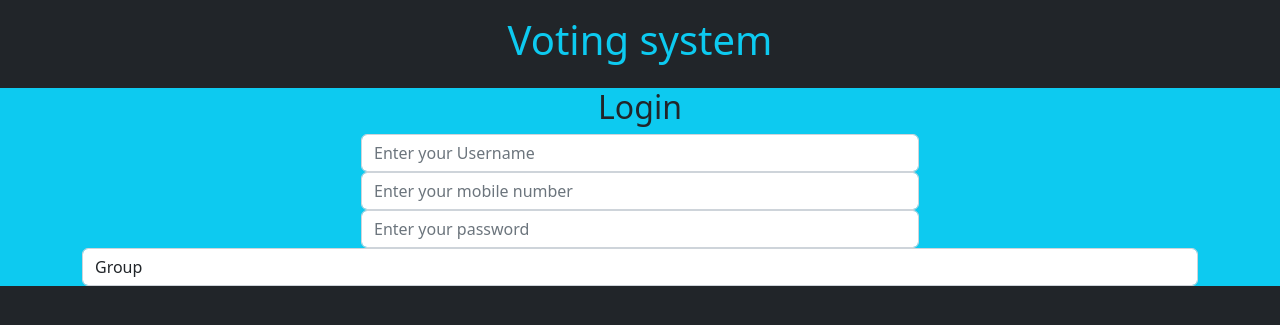
Repository: AvinashLikesToLearnNewStuff/VotingSite
Page: http://localhost/
An editor plug-in stored every save of this project. The page is shown before and after the next save, followed by the edit.
The browser window is 1280 px wide. The pictures show the whole page.
The page is run by PHP 8.4 with error messages shown; the project is at /var/www/html/.

Above is the page before, as saved 2023-03-09 09:56:46.

### index.php
<!DOCTYPE html>
<html lang="en">
<head>
    <meta charset="UTF-8">
    <meta http-equiv="X-UA-Compatible" content="IE=edge">
    <meta name="viewport" content="width=device-width, initial-scale=1.0">
    <title>PHP voting system</title>
    <!-- bootstrap css link -->
     <link href="https://cdn.jsdelivr.net/npm/bootstrap@5.2.3/dist/css/bootstrap.min.css" rel="stylesheet" integrity="sha384-rbsA2VBKQhggwzxH7pPCaAqO46MgnOM80zW1RWuH61DGLwZJEdK2Kadq2F9CUG65" crossorigin="anonymous">
</head>
<body class="bg-dark">
    <h1 class=  "text-info text-center p-3">Voting system</h1>
    <div class="bg-info">
        <h2 class="text-center">Login</h2>
        <div class="container">
            <form action="">
                <div class="mb3">
                    <input type="text" name="username" class="form-control w-50 m-auto" placeholder="Enter your Username" required= "required">
                </div>

                <div class="mb3">
                    <input type="text" name="mobile" class="form-control w-50 m-auto" placeholder="Enter your mobile number" required= "required" maxLength="10" minLength="10">
                </div>

                <div class="mb3">
                    <input type="password" name="password" class="form-control w-50 m-auto" placeholder="Enter your password" required= "required">
                </div>
                <div class="mb-3">
                    <select name="std" class="form-control" >
                        <option value="group">Group</option>
                        <option value="voter">Voter</option>
                    </select>
                </div>
            </form>
        </div>
    </div>

</body>
</html>

After the next save:
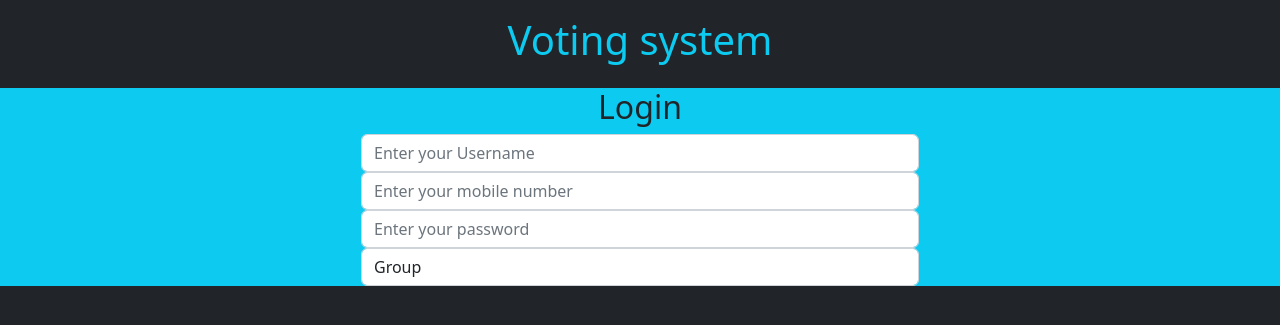
Saved 17 s later.
--- a/index.php
+++ b/index.php
@@ -26,7 +26,7 @@
                     <input type="password" name="password" class="form-control w-50 m-auto" placeholder="Enter your password" required= "required">
                 </div>
                 <div class="mb-3">
-                    <select name="std" class="form-control" >
+                    <select name="std" class="form-control w-50 m-auto" >
                         <option value="group">Group</option>
                         <option value="voter">Voter</option>
                     </select>
